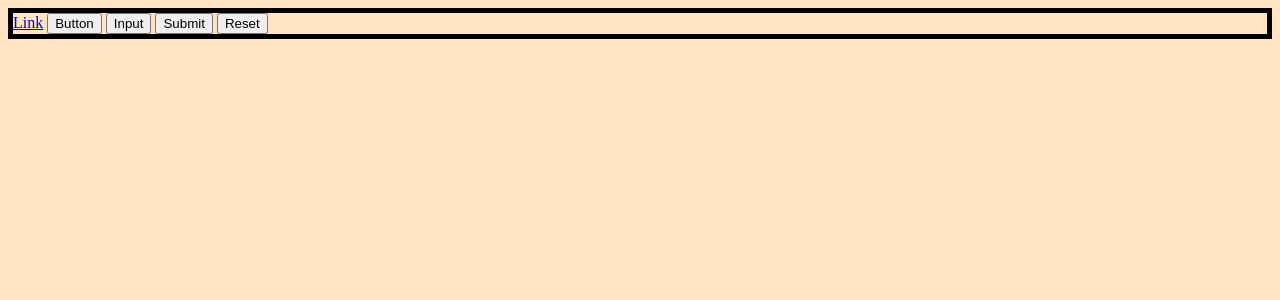
Repository: noahcallen/LAB-calculator
Page: index.html
These files come from the project's save history. The page is drawn as it stood at one moment and after the next save; the edit follows.
The browser window is 1280 px wide. The pictures show the whole page.

Above is the page before, as saved 2024-07-09 21:20:55.

### index.html
<!DOCTYPE html>
<html lang="en">
<head>
  <meta charset="UTF-8">
  <meta name="viewport" content="width=device-width, initial-scale=1.0">
  <title>Document</title>
  <link rel="stylesheet" href="main.css">
  <meta name="viewport" content="width=device-width, initial-scale=1">
</head>
<body>
  <!-- box for calculator outline -->
  <div class="outline">

    <div>
      <a class="btn btn-primary" href="#" role="button">Link</a>
      <button class="btn btn-primary" type="submit">Button</button>
      <input class="btn btn-primary" type="button" value="Input">
      <input class="btn btn-primary" type="submit" value="Submit">
      <input class="btn btn-primary" type="reset" value="Reset">
    </div>



    <!-- close outline -->
  </div>




  <script src="main.js"></script>
  <!-- import js bootstrap -->
  <script src="https://cdn.jsdelivr.net/npm/bootstrap@5.3.3/dist/js/bootstrap.bundle.min.js" integrity="sha384-YvpcrYf0tY3lHB60NNkmXc5s9fDVZLESaAA55NDzOxhy9GkcIdslK1eN7N6jIeHz" crossorigin="anonymous"></script>
</body>
</html>

### main.css
body {
  background-color: bisque;
}

.outline {
  border: solid 5px black;
}

Loaded but not shown: main.js (no stored copy; drawn as an empty file)

After the next save:
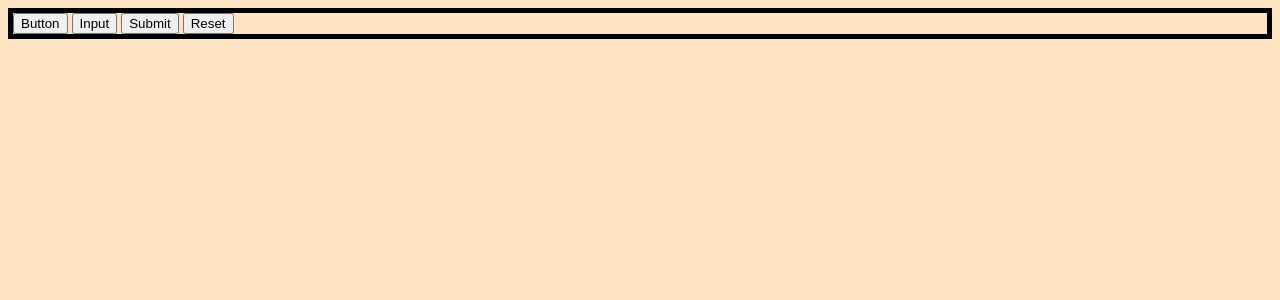
Saved 10 s later.
--- a/index.html
+++ b/index.html
@@ -12,7 +12,7 @@
   <div class="outline">
 
     <div>
-      <a class="btn btn-primary" href="#" role="button">Link</a>
+      <!-- <a class="btn btn-primary" href="#" role="button">Link</a> -->
       <button class="btn btn-primary" type="submit">Button</button>
       <input class="btn btn-primary" type="button" value="Input">
       <input class="btn btn-primary" type="submit" value="Submit">
